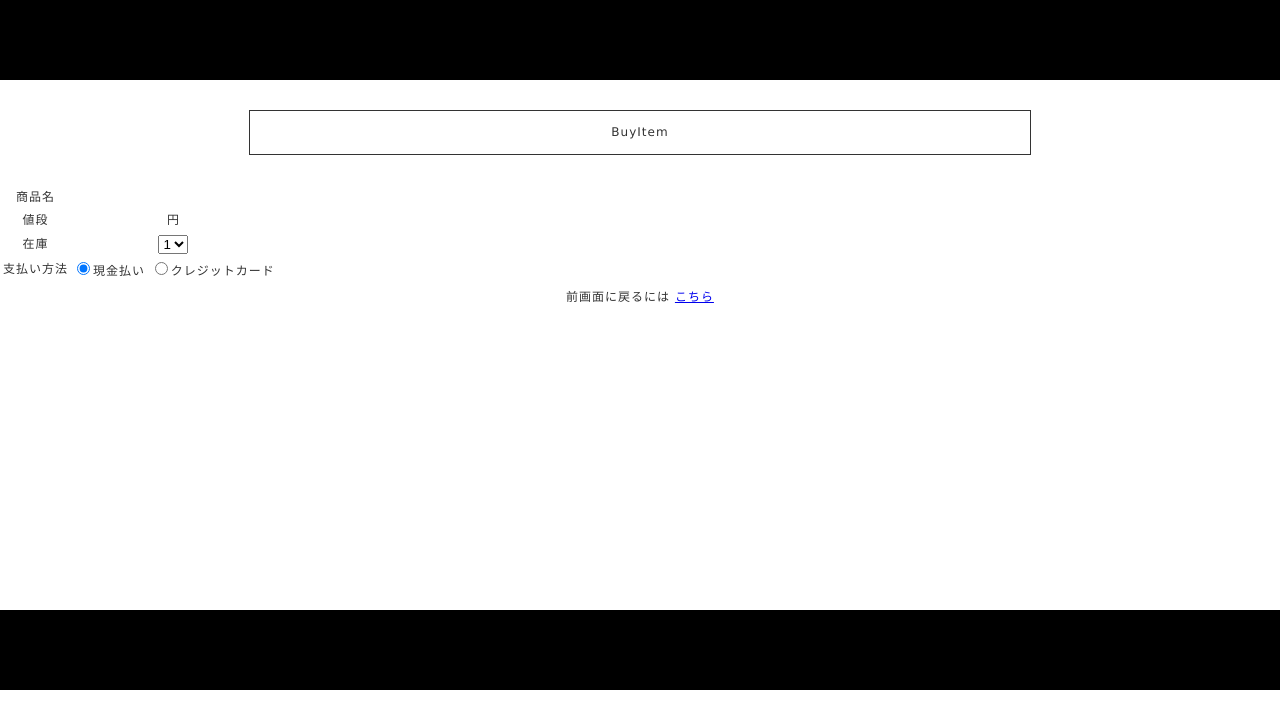
Repository: user-yo-yo/test
Page: http://localhost/template/buyItem.jsp
An editor plug-in stored every save of this project. The page is shown before and after the next save, followed by the edit.
The browser window is 1280 px wide. The pictures show the whole page.
The page is served by Tomcat 9.

Above is the page before, as saved 2019-03-04 06:44:02.

After the next save:
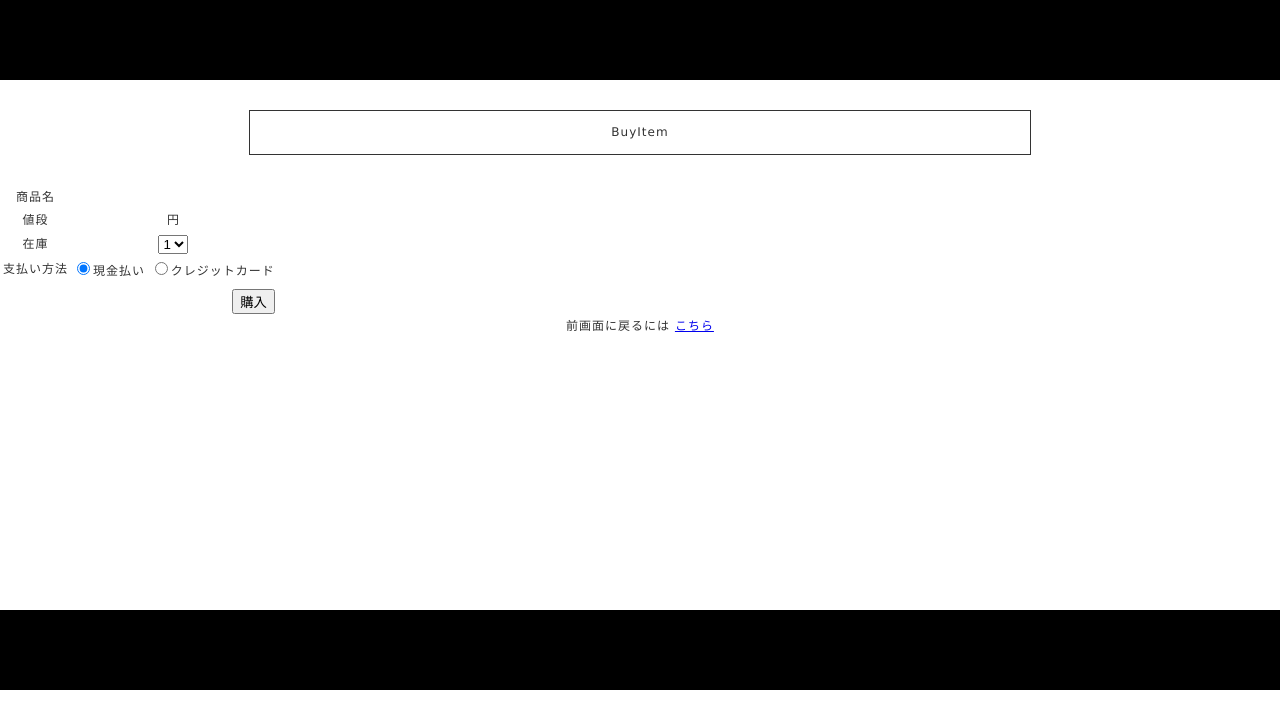
Saved 66 s later.
--- a/template/WebContent/buyItem.jsp
+++ b/template/WebContent/buyItem.jsp
@@ -112,7 +112,7 @@
 					</tr>
 					<tr>
 						<td>
-							<s;submit value="購入" />
+							<s:submit value="購入" />
 						</td>
 					</tr>
 				</table>
